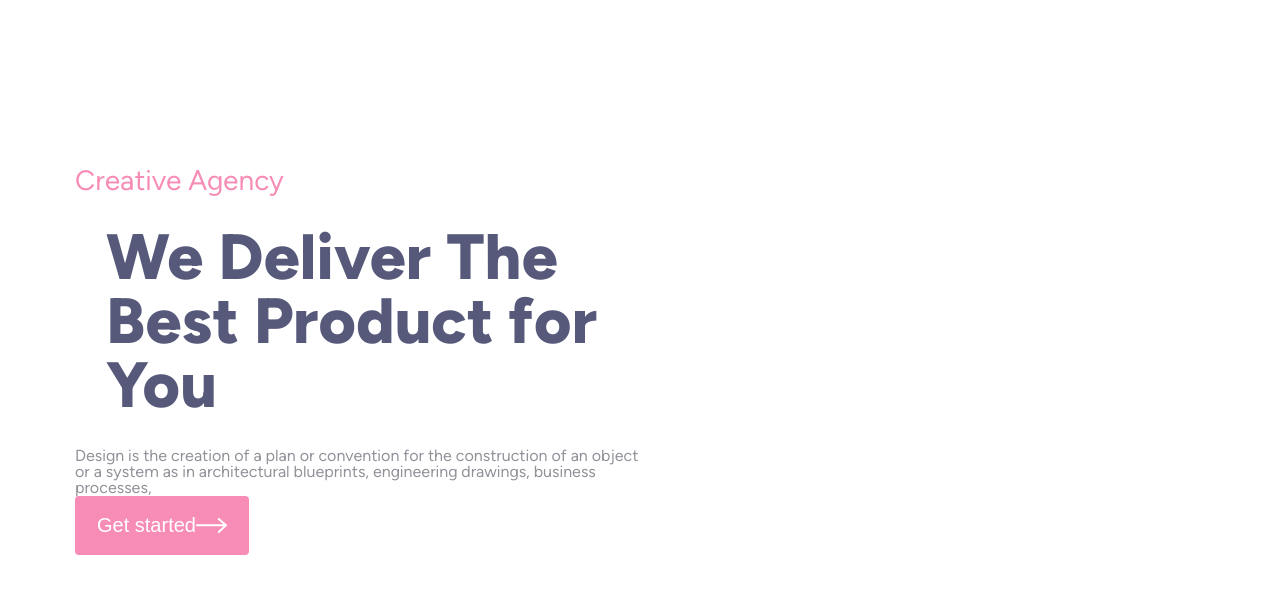
Repository: ArusyakAghajanyan/MirageFigma
Page: Figma/index.html
The author's editor kept a copy of each file at every save. The page is drawn from the files as they stood at one save, then again after the next save.
The browser window is 1280 px wide. The pictures show the whole page.

Above is the page before, as saved 2022-08-11 13:25:15.

After the next save:
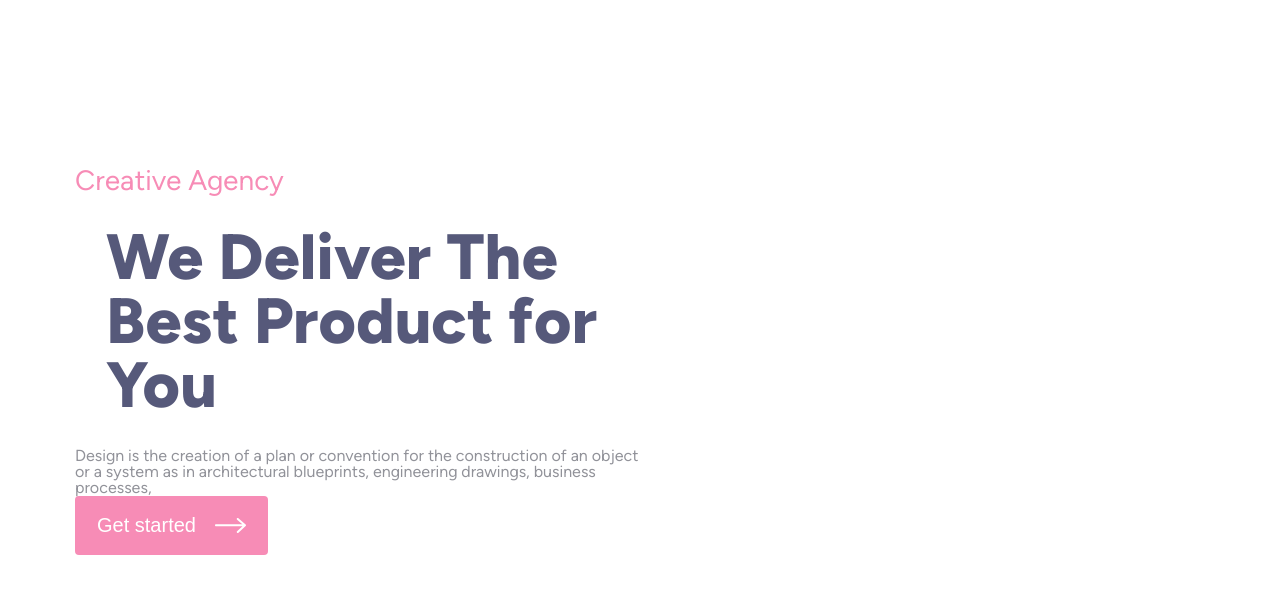
Saved 4 s later.
--- a/Figma/assets/css/sections/intro.css
+++ b/Figma/assets/css/sections/intro.css
@@ -33,5 +33,5 @@
     align-items: center;
 }
 .intro__button-icon {
-    m
+    margin-left: 19px;
 }
